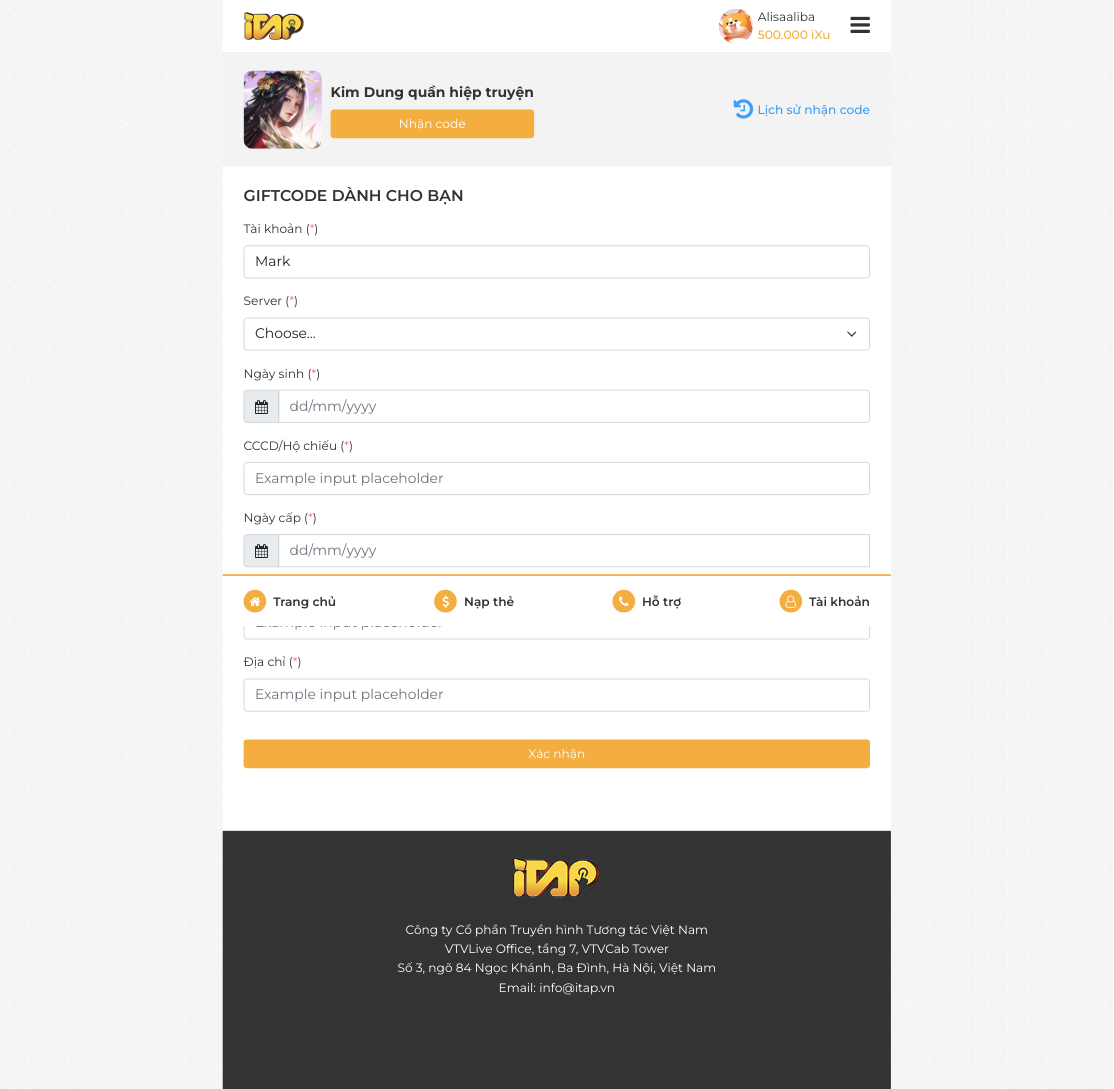
Repository: bastrxxx/portal
Page: giftcode-nhapcodean.html
An editor plug-in stored every save of this project. The page is shown before and after the next save, followed by the edit.
The browser window is 1280 px wide. The pictures show the whole page, at 87% of full size.
Some web libraries are served in a nearby version. The style sheet was rebuilt from its Sass, Less or Tailwind sources for each picture, by a compiler version that may differ from the author's.

Above is the page before, as saved 2021-11-16 14:42:08.

After the next save:
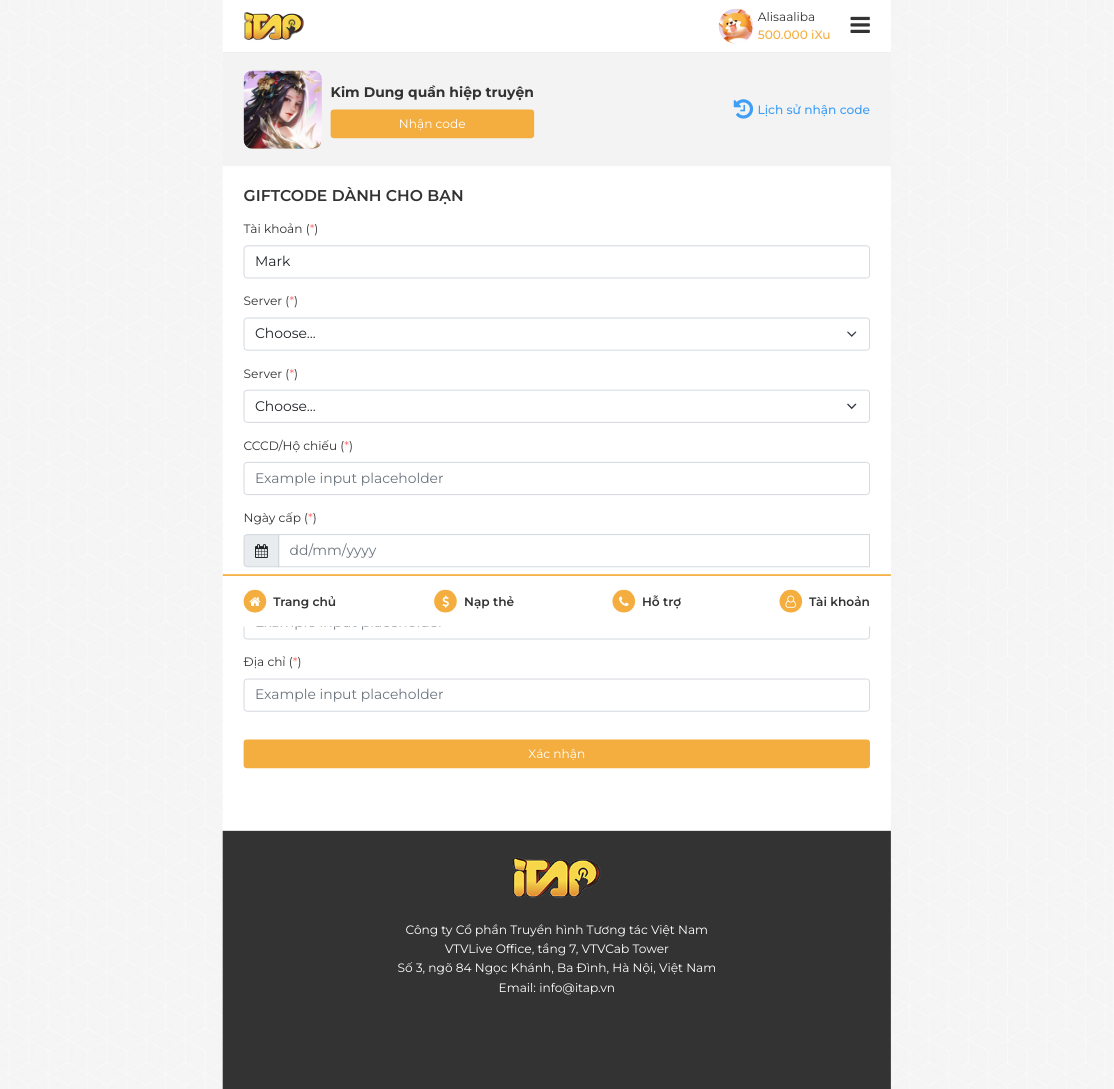
Saved 20 s later.
--- a/giftcode-nhapcodean.html
+++ b/giftcode-nhapcodean.html
@@ -128,17 +128,15 @@
 						</div>
 					</div>
 					<div class="mb-3">
-					  <label for="validationCustom05" class="form-label">Ngày sinh &#40;<span class="error">*</span>&#41;</label>
-					  <div class="input-group has-validation">
-						<span class="input-group-text" required>
-							<i class="fa fa-calendar" aria-hidden="true"></i>
-						</span>
-						<input data-datepicker="" class="form-control" id="validationCustom05" type="text" placeholder="dd/mm/yyyy" required>
-						<div class="invalid-feedback">
-						  Please provide a valid city.
-						</div>
-						</div>
-					</div>
+						<label for="validationCustom05" class="form-label">Server &#40;<span class="error">*</span>&#41;</label>
+						<select class="form-select" id="validationCustom05" required>
+							<option selected disabled value="">Choose...</option>
+							<option>...</option>
+						  </select>
+						  <div class="invalid-feedback">
+							Please provide a valid city.
+						  </div>
+					  </div>
 					<div class="mb-3">
 					  <label for="formGroupExampleInput" class="form-label">CCCD/Hộ chiếu &#40;<span class="error">*</span>&#41;</label>
 					  <input type="text" class="form-control" id="cccd" placeholder="Example input placeholder">
